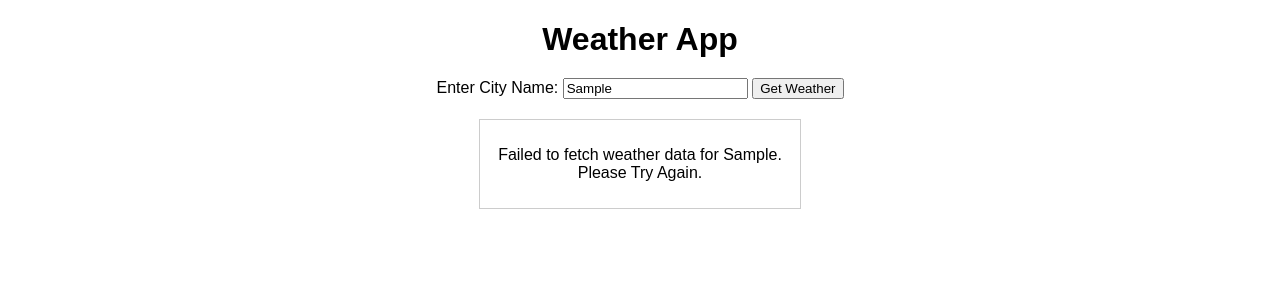
Repository: Diamondd01/CI-CD-OCI-Project
Page: Public/index.html
An editor plug-in stored every save of this project. The page is shown before and after the next save, followed by the edit.
The browser window is 1280 px wide. The pictures show the whole page.
Empty fields were first filled with sample values (such as "Sample", 5 or name@example.com).
After loading, the first visible `#weatherForm` was submitted once.
The page's requests for data from a server got no answer.

Above is the page before, as saved 2024-07-22 21:42:25.

After the next save:
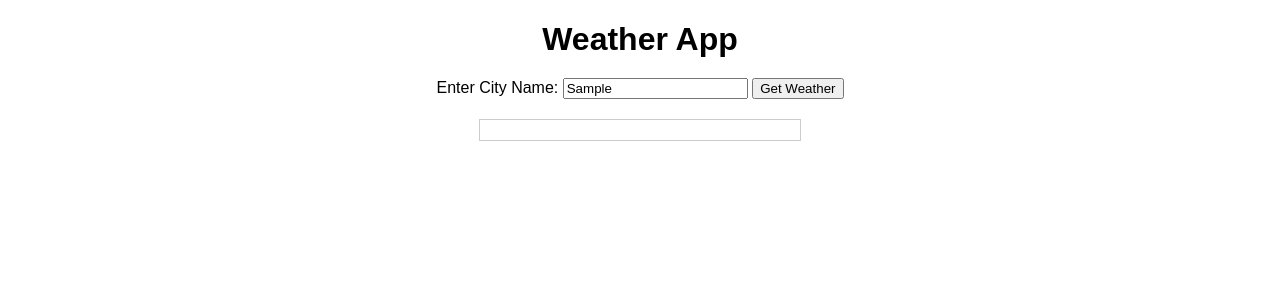
Console error: ReferenceError: cityID is not defined
Saved 27 s later.
--- a/Public/script.js
+++ b/Public/script.js
@@ -13,7 +13,7 @@ document.addEventListener('DOMContentLoaded',function(){
     });
 
     function fetchWeatherByCity(city){
-        const apiUrl = `${baseUrl}?q=${city}&appid=${apiKey}&units=metric`;
+        const apiUrl = `${baseUrl}?q=${cityID}&appid=${apiKey}`;
 
         fetch(apiUrl)
             .then(response => {
